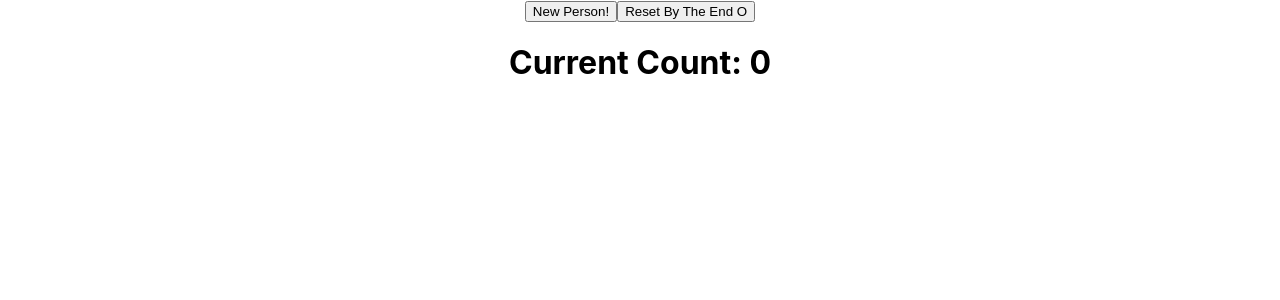
Repository: s-galvez19/quiz2CounterOfGallery
Page: /
An editor plug-in stored every save of this project. The page is shown before and after the next save, followed by the edit.
The browser window is 1280 px wide. The pictures show the whole page.
The project was rebuilt for these pictures with package versions that can differ from the ones it lists, and the page was loaded fresh each time.

Above is the page before, as saved 2019-03-07 18:33:41.

After the next save:
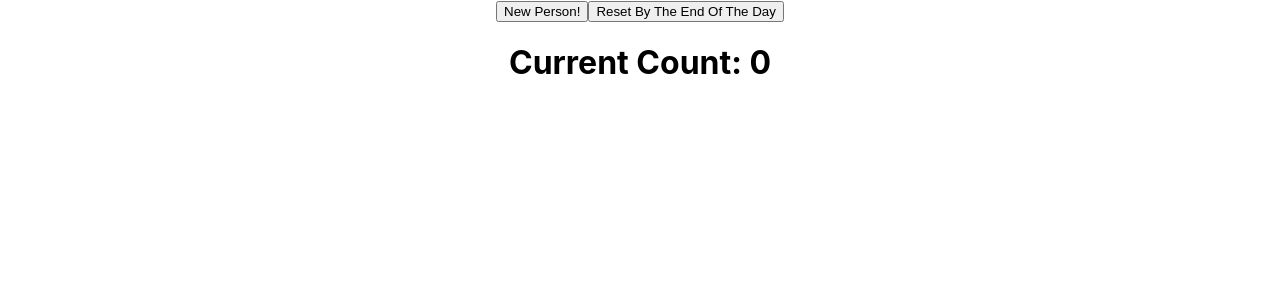
Saved 4 s later.
--- a/src/App.js
+++ b/src/App.js
@@ -47,7 +47,7 @@ class Counter extends React.Component {
       <div>
         <button className='inc' onClick={this.increment}>New Person!</button>
         {/* <button className='dec' onClick={this.decrement}>Decrement!</button> */}
-        <button className='reset' onClick={this.reset}>Reset By The End O</button>
+        <button className='reset' onClick={this.reset}>Reset By The End Of The Day</button>
         <h1>Current Count: {this.state.count}</h1>
       </div>
     );
